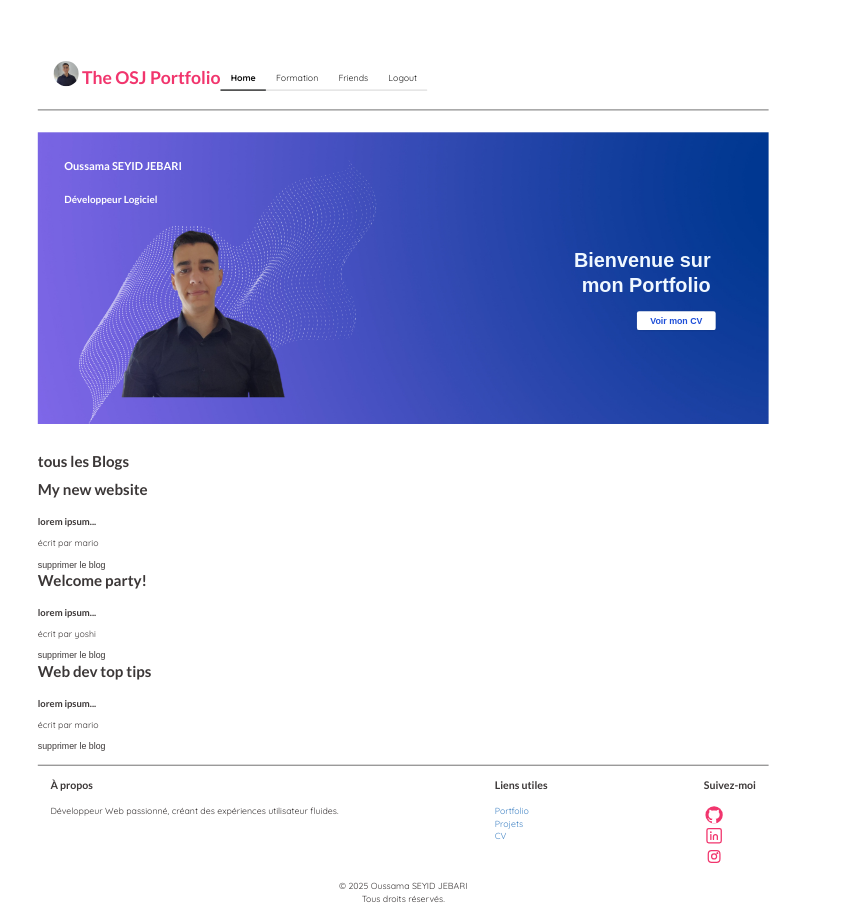
Repository: OussamSJ/Portfolio
Page: /
An editor plug-in stored every save of this project. The page is shown before and after the next save, followed by the edit.
The browser window is 1280 px wide. The page is 1280 px wide, then 1368 px, then 1280 px, so the pictures cover 1368 px, including what lies to the right of the window. The pictures show the whole page, at 63% of full size.
The project was rebuilt for these pictures with package versions that can differ from the ones it lists, and the page was loaded fresh each time. Also part of the build but not shown: src/Random.js, src/Cv.js, src/Expcomponent.js, src/Experiences.js, src/FormationComponent.js, src/Formation.js.

Above is the page before, as saved 2025-05-10 11:17:04.

After the next save:
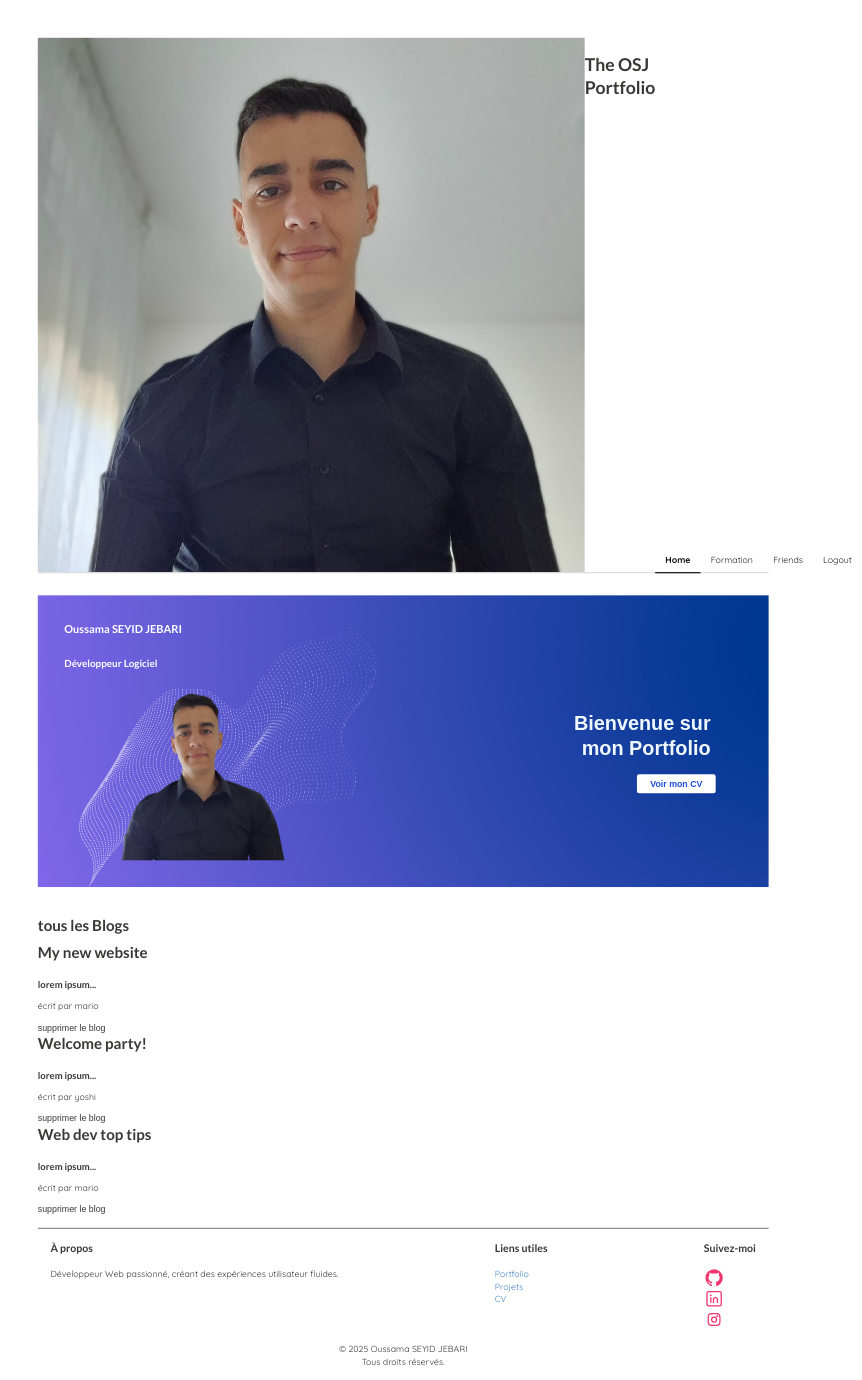
Saved 55 s later.
--- a/src/Navbar.js
+++ b/src/Navbar.js
@@ -10,11 +10,12 @@
     const { activeItem } = this.state;
 
     return (
-      <nav className="navbar">
-        <img src="photo-portfolio.jpg" alt="logo" className="logo" />
-        <h1>The OSJ Portfolio</h1>
+
+
 
           <Menu pointing secondary>
+                  <img src="photo-portfolio.jpg" alt="logo" className="logo" />
+                  <h1>The OSJ Portfolio</h1>
             <MenuItem
               name='home'
               active={activeItem === 'home'}
@@ -39,7 +40,7 @@
             </MenuMenu>
           </Menu>
 
-      </nav>
+
     );
   }
 }

After the save that followed:
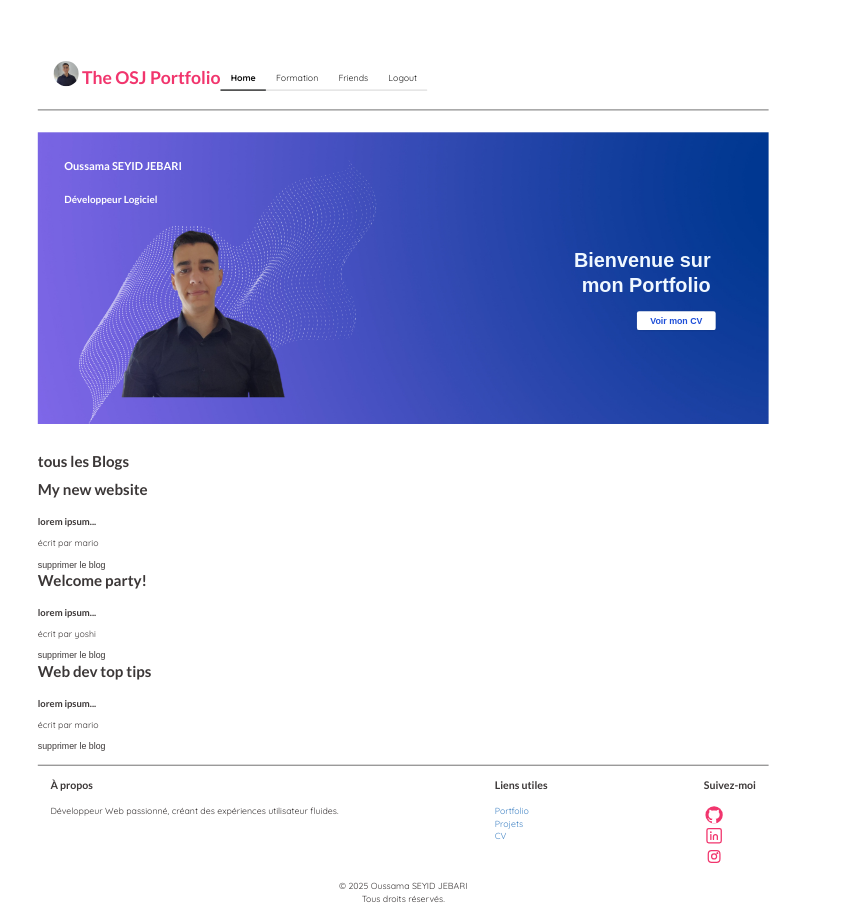
Saved 18 s later.
--- a/src/Navbar.js
+++ b/src/Navbar.js
@@ -10,12 +10,11 @@
     const { activeItem } = this.state;
 
     return (
-
-
+      <nav className="navbar">
+        <img src="photo-portfolio.jpg" alt="logo" className="logo" />
+        <h1>The OSJ Portfolio</h1>
 
           <Menu pointing secondary>
-                  <img src="photo-portfolio.jpg" alt="logo" className="logo" />
-                  <h1>The OSJ Portfolio</h1>
             <MenuItem
               name='home'
               active={activeItem === 'home'}
@@ -40,7 +39,7 @@
             </MenuMenu>
           </Menu>
 
-
+      </nav>
     );
   }
 }
